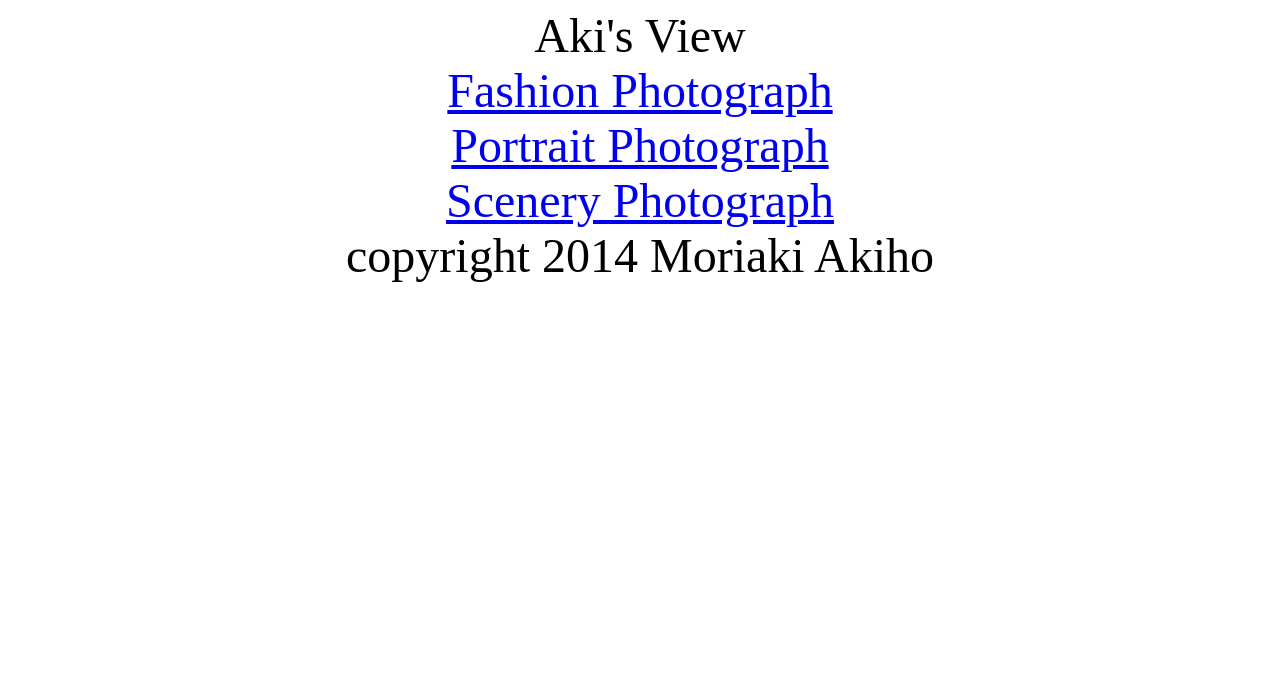
Repository: akihm683/akihm683.github.io
Page: index.html
The author's editor kept a record of every edit. The page is drawn from the files as they stood at one moment, then again after the next edit.
The browser window is 1280 px wide. The pictures show the whole page.

Above is the page before.
Not found: assets/css/style.css
Not found: style.css

### index.html
<!DOCTYPE html>
<html>
    <head>
        <title>Aki Homepage</title>
        <link href="style.css" rel="stylesheet">

        <style type="text/css">
p {color:red; line-height:1.5;}
        </style>

        <link href="assets/css/style.css" rel="stylesheet" type="text/css" />
    </head>
    <body>

    <center><font size = "40">Aki's View <font/><center/>

    <div class="one">

    <center><p1><font size = "20"><a href="http://titimoriaki.tumblr.com"> Fashion Photograph</a><p1/><center/>
    <center><p2><a href="http://titimoriaki.tumblr.com"> Portrait Photograph</a><p2/><center/>
    <center><p3><a href="http://titimoriaki.tumblr.com"> Scenery Photograph</a><font/></p3><center/>

    </div>


    <center>copyright 2014 Moriaki Akiho<center/>


    </body>


</html>

After the next edit:
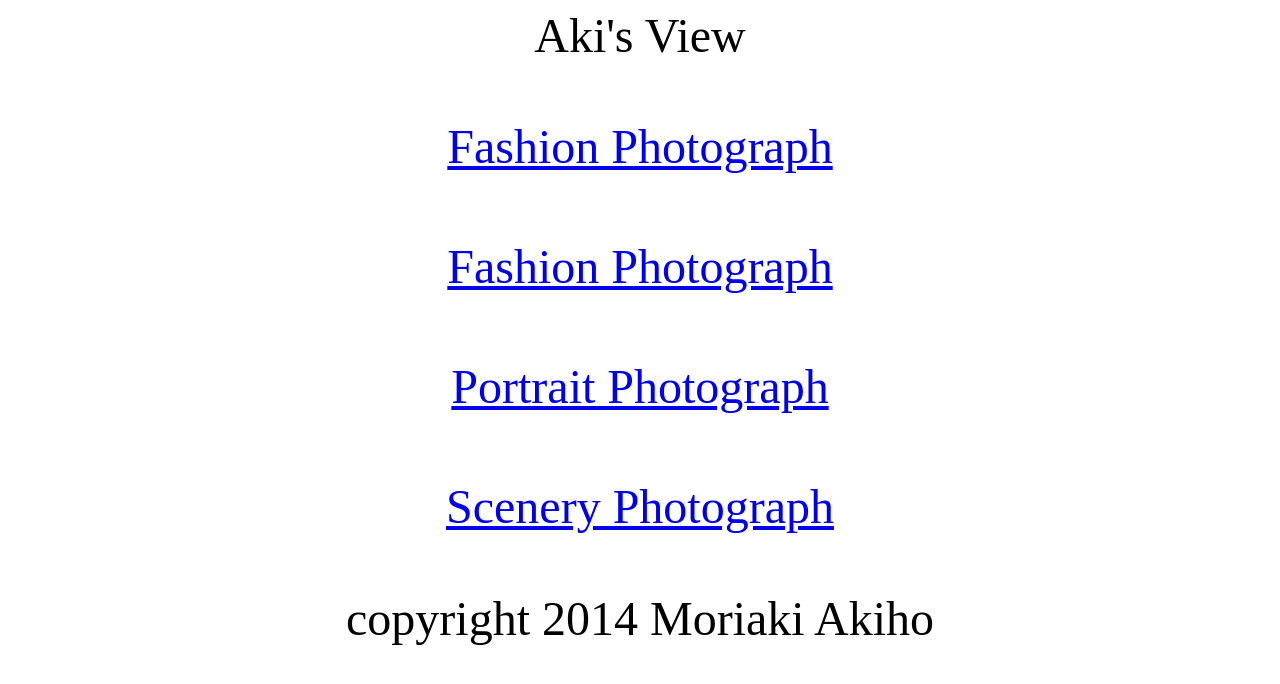
The edit:
--- a/index.html
+++ b/index.html
@@ -16,9 +16,10 @@
 
     <div class="one">
 
-    <center><p1><font size = "20"><a href="http://titimoriaki.tumblr.com"> Fashion Photograph</a><p1/><center/>
-    <center><p2><a href="http://titimoriaki.tumblr.com"> Portrait Photograph</a><p2/><center/>
-    <center><p3><a href="http://titimoriaki.tumblr.com"> Scenery Photograph</a><font/></p3><center/>
+    <center><p><a href="http://titimoriaki.tumblr.com"> Fashion Photograph</a><p1/><center/>
+    <center><p><a href="http://titimoriaki.tumblr.com"> Fashion Photograph</a><font/><p1/><center/>
+    <center><p><a href="http://titimoriaki.tumblr.com"> Portrait Photograph</a><p2/><center/>
+    <center><p><a href="http://titimoriaki.tumblr.com"> Scenery Photograph</a><font/></p3><center/>
 
     </div>
 
